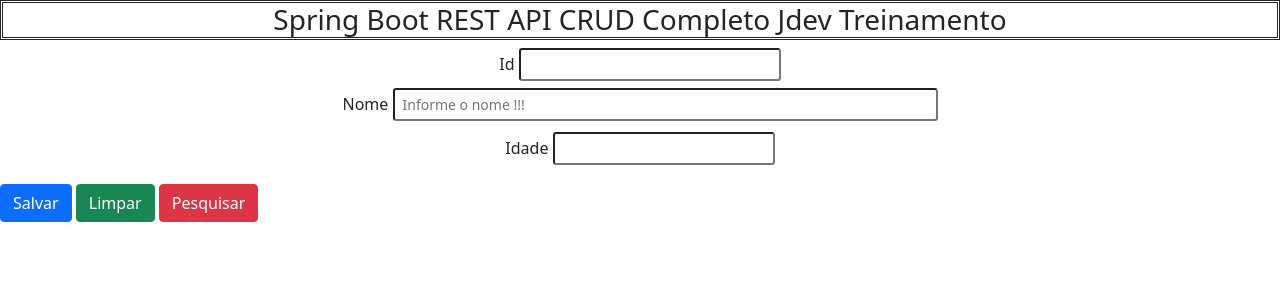
Repository: isaquelimaof/REST-API-SpringBoot
Page: springboot-rest-api-sample/src/main/resources/static/index.html
These files come from the project's save history. The page is drawn as it stood at one moment and after the next save; the edit follows.
The browser window is 1280 px wide. The pictures show the whole page.

Above is the page before, as saved 2022-05-05 18:05:26.

### springboot-rest-api-sample/src/main/resources/static/index.html
<!DOCTYPE html>
<html lang="pt-br">
<head>
<meta charset="utf-8">
<meta name="viewport" content="width=device-width, initial-scale=1">
<link rel="stylesheet" type="text/css" href="css.css" media="screen" />
<!-- Bootstrap CSS -->
<link
	href="https://cdn.jsdelivr.net/npm/bootstrap@5.1.3/dist/css/bootstrap.min.css"
	rel="stylesheet"
	integrity="sha384-1BmE4kWBq78iYhFldvKuhfTAU6auU8tT94WrHftjDbrCEXSU1oBoqyl2QvZ6jIW3"
	crossorigin="anonymous">
<title>API REST FULL</title>
</head>
<body>
	<h3>Spring Boot REST API CRUD Completo Jdev Treinamento</h3>

	<form action="" id="formCadastroUser">

		<div class="mb-1">
			<label for="id" class="form-label">Id</label> <input type="text"
				class="form-control-sm" id="id" size="25px" readonly="readonly">
		</div>
		<div class="mb-2">
			<label for="nome" class="form-label">Nome</label> <input type="text"
				id="nome" class="form-control-sm" size="60px"
				placeholder="Informe o nome !!!">
		</div>
		<div class="mb-3">
			<label for="idade" class="form-label">Idade</label> <input
				type="number" class="form-control-sm" id="idade">
		</div>
	</form>

	<button type="button" class="btn btn-primary" onclick="salvarUsuario()">Salvar</button>
	<button type="button" class="btn btn-success"
		onclick="document.getElementById('formCadastroUser').reset()">Limpar</button>
	<button type="button" class="btn btn-danger" data-bs-toggle="modal"
		data-bs-target="#modalPesquisarUser" data-bs-whatever="@getbootstrap">Pesquisar</button>

	<div class="modal fade" id="modalPesquisarUser" tabindex="-1"
		aria-labelledby="exampleModalLabel" aria-hidden="true">
		<div class="modal-dialog">
			<div class="modal-content">
				<div class="modal-header">
					<h5 class="modal-title" id="exampleModalLabel">Pesquisar
						Usuário</h5>
					<button type="button" class="btn-close" data-bs-dismiss="modal"
						aria-label="Close"></button>
				</div>
				<div class="modal-body">
					<form>
						<div class="mb-3">
							<label for="nameBusca" class="col-form-label">Nome:</label>
							<input type="text" class="form-control" id="nameBusca">
						</div>

						<button type="button" class="btn btn-success">Pesquisar !</button>
						<!-- <div class="mb-3">
							<label for="message-text" class="col-form-label">Message:</label>
							<textarea class="form-control" id="message-text"></textarea>
						</div>  -->

					</form>

					<table class="table">
						<thead>
							<tr>
								<th scope="col">ID</th>
								<th scope="col">Nome</th>
								<th scope="col">Editar</th>
							</tr>
						</thead>
						<tbody>
							<tr>
								<th scope="row">1</th>
								<td>Mark</td>
								<td>Otto</td>
								<td>@mdo</td>
							</tr>
							<tr>
								<th scope="row">2</th>
								<td>Jacob</td>
								<td>Thornton</td>
								<td>@fat</td>
							</tr>

						</tbody>
					</table>

				</div>

				<!-- <div class="modal-footer">
						<button type="button" class="btn btn-primary">Send message</button>-->
				<button type="button" class="btn btn-danger" data-bs-dismiss="modal">Sair
					!</button>

			</div>
		</div>
	</div>
	</div>


	<script src="https://code.jquery.com/jquery-3.6.0.min.js"
		integrity="sha256-/xUj+3OJU5yExlq6GSYGSHk7tPXikynS7ogEvDej/m4="
		crossorigin="anonymous"></script>

	<!-- Option 1: Bootstrap Bundle with Popper -->
	<script
		src="https://cdn.jsdelivr.net/npm/bootstrap@5.1.3/dist/js/bootstrap.bundle.min.js"
		integrity="sha384-ka7Sk0Gln4gmtz2MlQnikT1wXgYsOg+OMhuP+IlRH9sENBO0LRn5q+8nbTov4+1p"
		crossorigin="anonymous"></script>


	<script type="text/javascript">
		function salvarUsuario() {
			//busca valores no campo
			var id = $("#id").val();
			var nome = $("#nome").val();
			var idade = $("#idade").val();

			//Trabalhando com Ajax - Sempre vai ser usado esse modelo para se comunicar com a API
			$.ajax({
				method : "POST",
				url : "salvar",
				data : JSON.stringify({
					id : id,
					nome : nome,
					idade : idade
				}),
				contentType : "application/json; charset=utf-8",
				success : function(response) {
					$("#id").val(response.id);
					alert("Salvo com Sucesso!");
				}
			}).fail(function(xhr, status, errorThrown) {
				alert("Erro ao salvar usuario !: " + xhr.responseText);
			});

		}
	</script>

</body>
</html>

### springboot-rest-api-sample/src/main/resources/static/css.css
@charset "utf-8";

h3 {
	text-align: center;

}
.mb-1{
	text-align: center;
}
.mb-2{
	text-align: center;
}
.mb-3{
	text-align: center;
}

.class .btn {
	text-align: center;
}
h3 {
	border-style: double;
	}

After the next save:
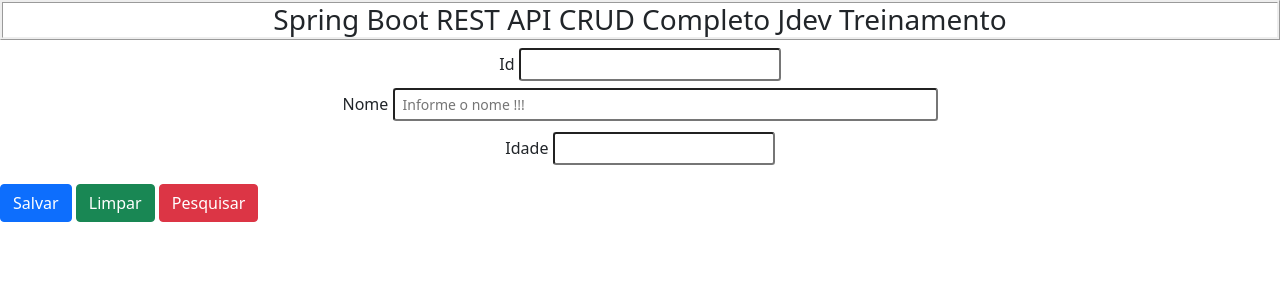
Saved 9 s later.
--- a/springboot-rest-api-sample/src/main/resources/static/css.css
+++ b/springboot-rest-api-sample/src/main/resources/static/css.css
@@ -18,5 +18,5 @@
 	text-align: center;
 }
 h3 {
-	border-style: double;
+	border-style: ridge;
 	}
